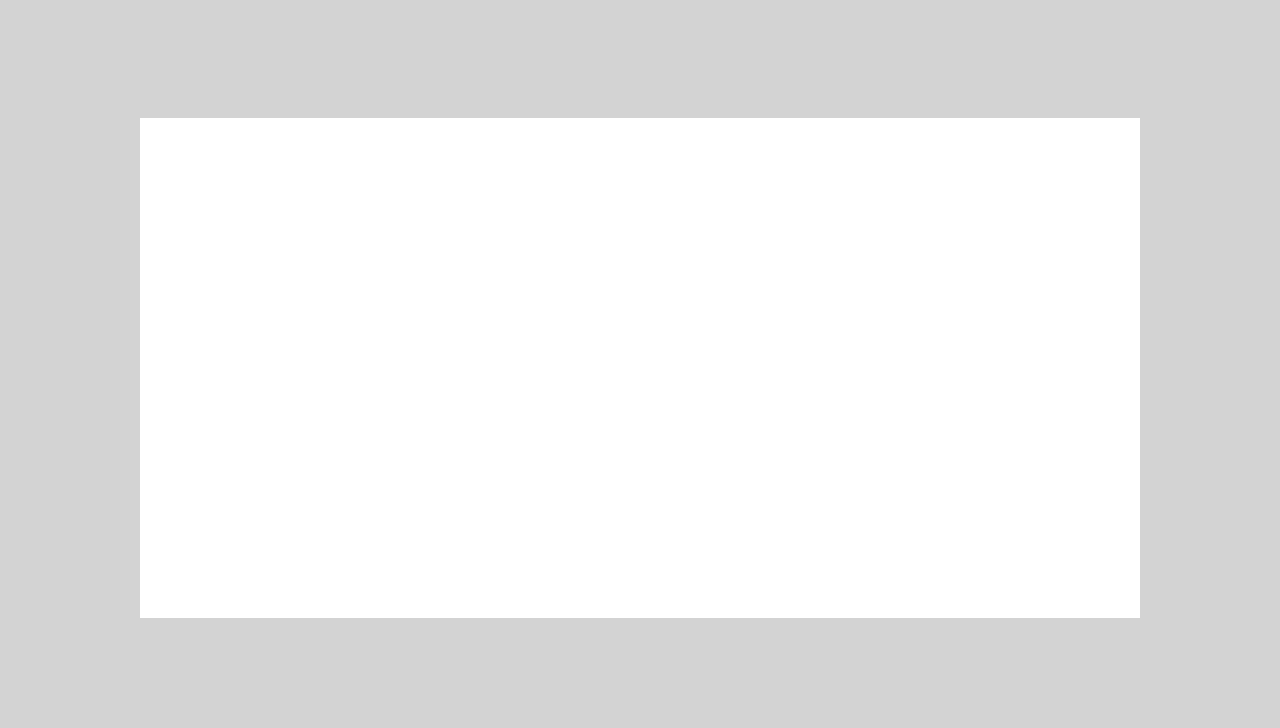
Repository: fbansept/ran4_24
Page: index.html
An editor plug-in stored every save of this project. The page is shown before and after a run of saves, followed by the edit.
The browser window is 1280 px wide. The pictures show the whole page.

Above is the page before, as saved 2024-11-04 14:33:17.

After the next 3 saves:
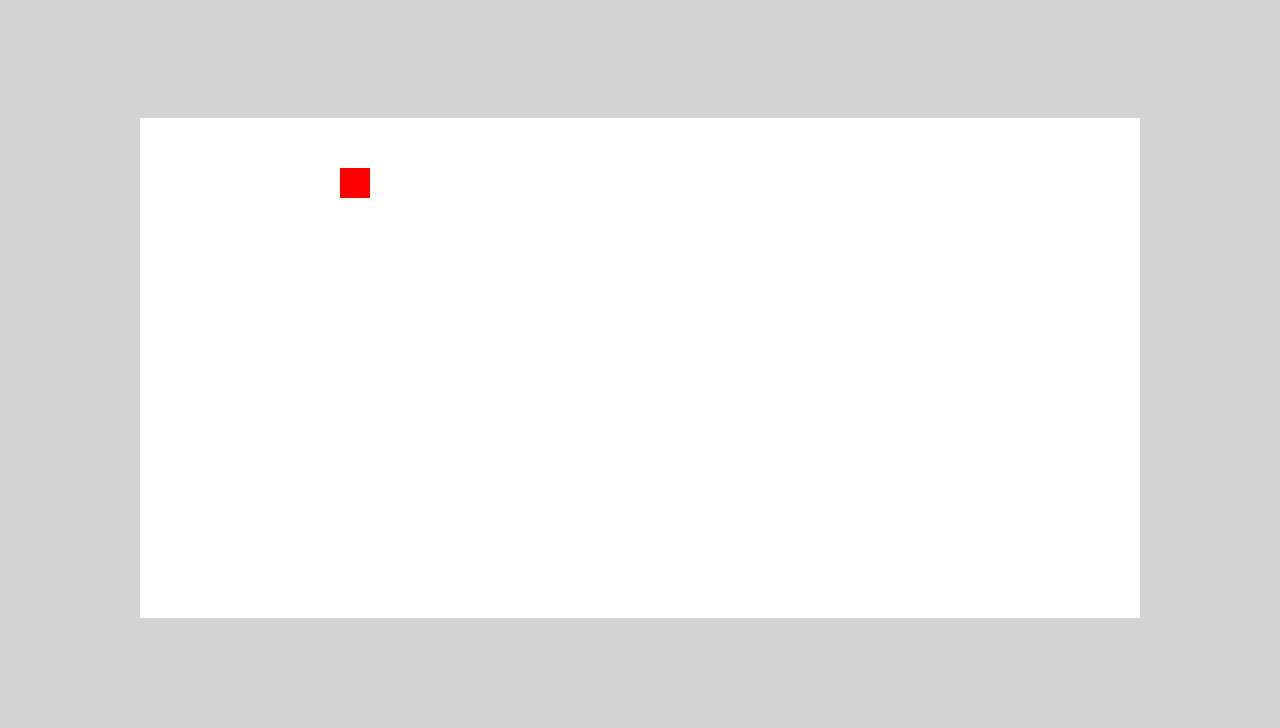
Console error: SyntaxError: Unexpected token ')'
The 3 saves are shown as one change because they came seconds apart.
The last was saved 17 s later.
--- a/script.js
+++ b/script.js
@@ -2,12 +2,7 @@
   positionBalleX += vitesseBalle;
   balle.style.left = positionBalleX + "px";
 
-  //si le x depasse la scene
-  //alors on inverse la vitesse de la balle
-
-// le OR en js : || (alt gr + 6 , opt + maj + L)
-
-  if(positionBalleX >= 970) {
+  if(positionBalleX >= 970 || ) {
     vitesseBalle = -vitesseBalle;
   }
 }

After the 2 saves that followed:
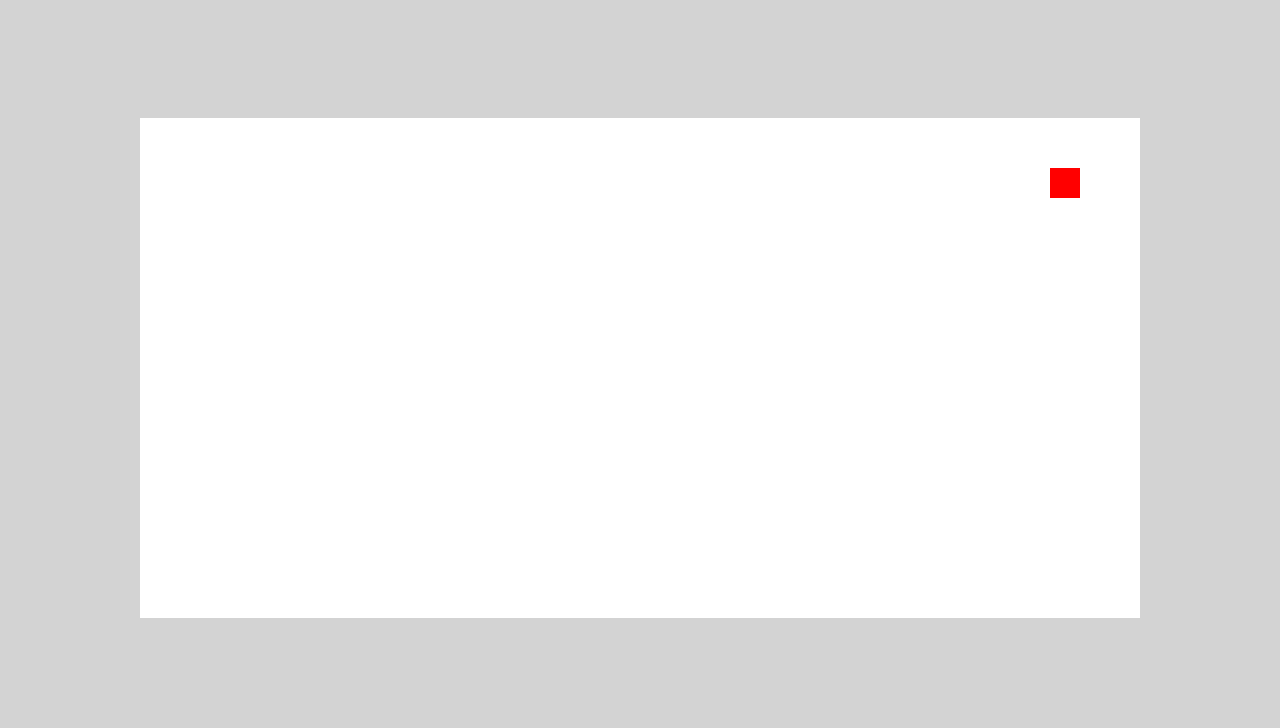
The error is gone.
The 2 saves are shown as one change because they came seconds apart.
The last was saved 9 s later.
--- a/script.js
+++ b/script.js
@@ -2,7 +2,7 @@
   positionBalleX += vitesseBalle;
   balle.style.left = positionBalleX + "px";
 
-  if(positionBalleX >= 970 || ) {
+  if (positionBalleX >= 970 || positionBalleX < 0) {
     vitesseBalle = -vitesseBalle;
   }
 }
